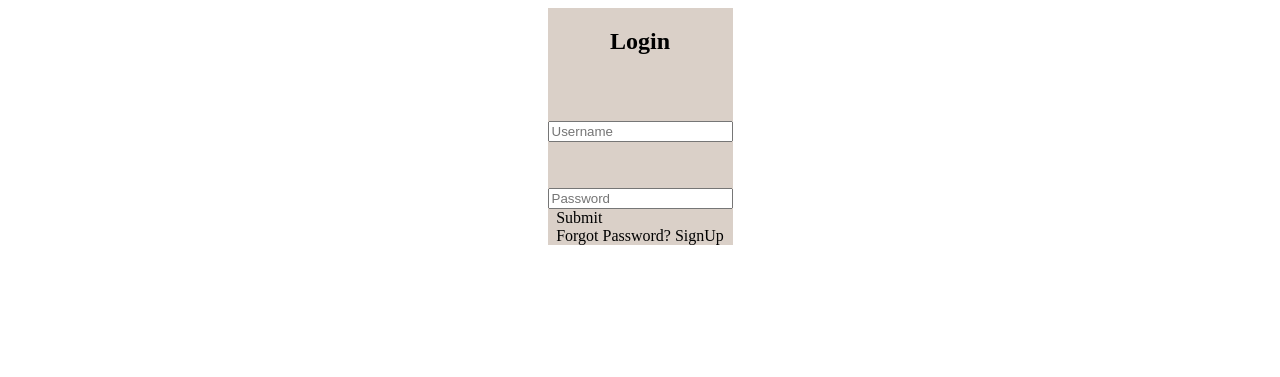
Repository: busra-kayaa/LoginPage
Page: login.html
The author's editor kept a copy of each file at every save. The page is drawn from the files as they stood at one save, then again after the next save.
The browser window is 1280 px wide. The pictures show the whole page.

Above is the page before, as saved 2023-12-19 21:43:43.

### login.html
<!DOCTYPE html>
<html>
    <head>
        <title>Login Page</title>
        <link rel="stylesheet" href="./style.css" type="text/css"/>
    </head>
    <body>
        <div class="login-from-container">
            <h2>Login</h2>
            <div class="input-group">
                <i class="fa fa-user"></i>
                <input
                    type="text"
                    placeholder="Username"
                    class="input-text"
                    autocomplete="off"
                />
            </div>
            <div class="input-group2">
                <i class="fa fa-unclok-alt"></i>
                <input
                    type="password"
                    placeholder="Password"
                    class="input-text"
                    autocomplete="off"
                />
            </div>
            <div>
                <div class="button-group" id="login-button">
                    <a>Submit</a>
                </div>
                <div class="fotter">
                    <a>Forgot Password?</a>
                    <a>SignUp</a>
                </div>
            </div>
        </div>
    </body>
</html>

### style.css
body {
    background-color:rgb(255, 255, 255);
    display: flex;
    flex-direction: row;
    align-items: center;
}
.login-from-container {
    background-color: rgb(218, 208, 200);
    display: flex;
    flex-direction: column;
    align-items: center;
    margin: auto;
}
.input-group {
    margin:25%;
}

After the next save:
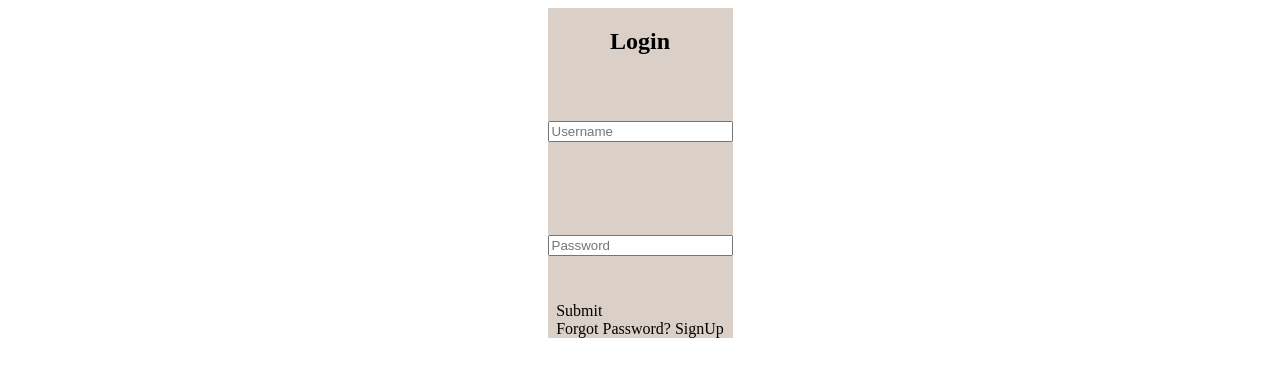
Saved 5 s later.
--- a/login.html
+++ b/login.html
@@ -16,7 +16,7 @@
                     autocomplete="off"
                 />
             </div>
-            <div class="input-group2">
+            <div class="input-group">
                 <i class="fa fa-unclok-alt"></i>
                 <input
                     type="password"

After the save that followed:
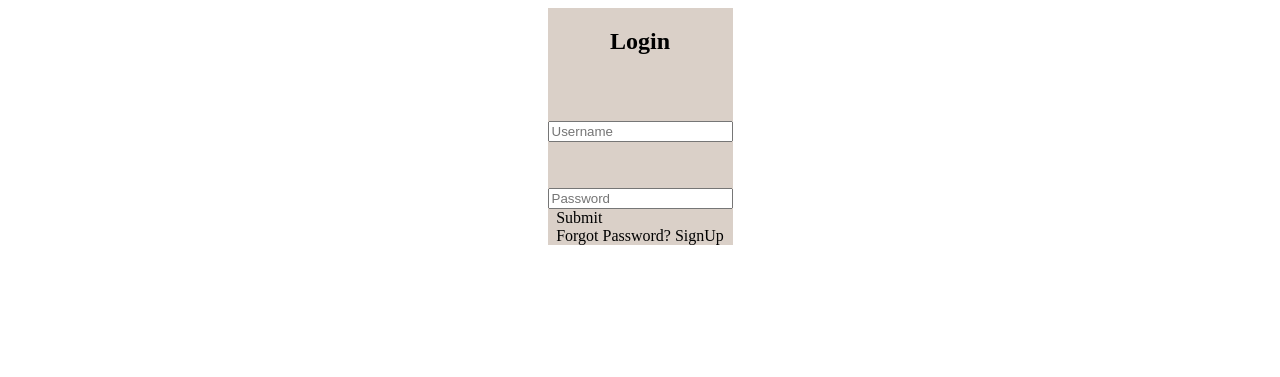
Saved 17 s later.
--- a/style.css
+++ b/style.css
@@ -12,5 +12,5 @@ body {
     margin: auto;
 }
 .input-group {
-    margin:25%;
+    margin-top: 25%;
 }
